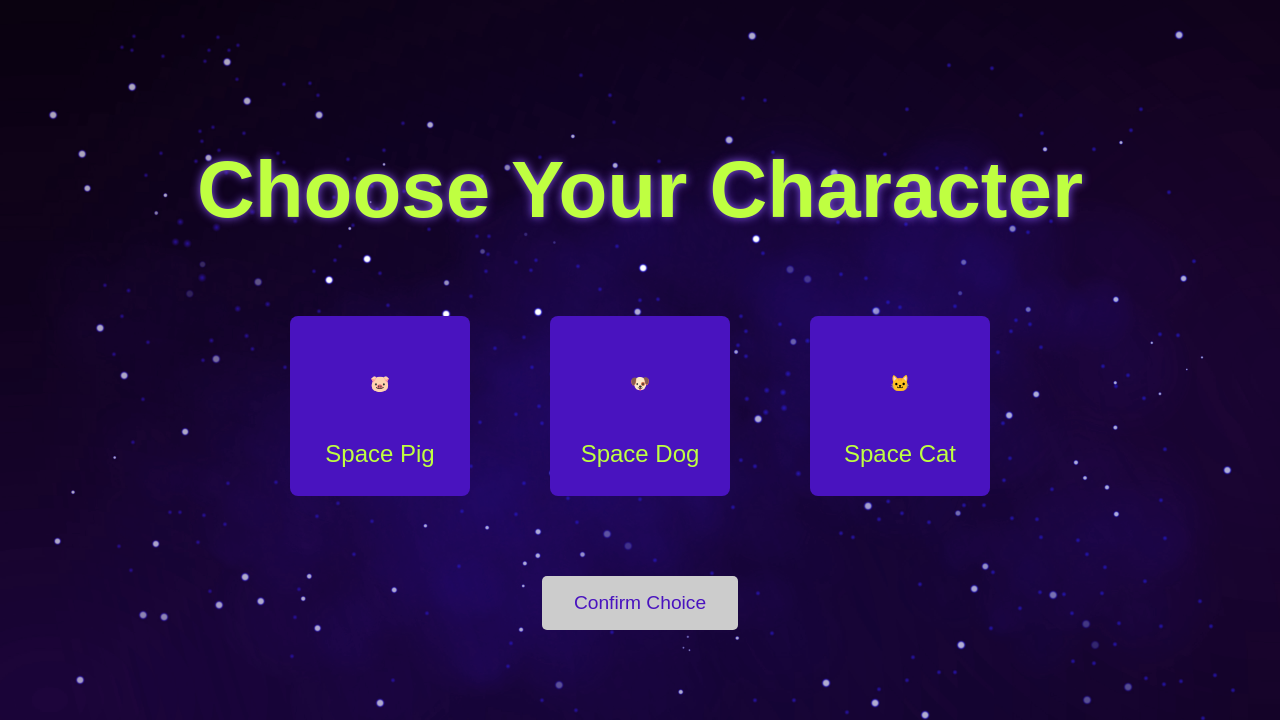
Repository: brunaguarizo/SpaceFarm
Page: index.html
An editor plug-in stored every save of this project. The page is shown before and after a run of saves, followed by the edit.
The browser window is 1280 px wide. The pictures show the whole page.
Some web fonts or font styles are not loaded; a fallback is used.

Above is the page before, as saved 2025-04-24 11:23:03.

After the next 2 saves:
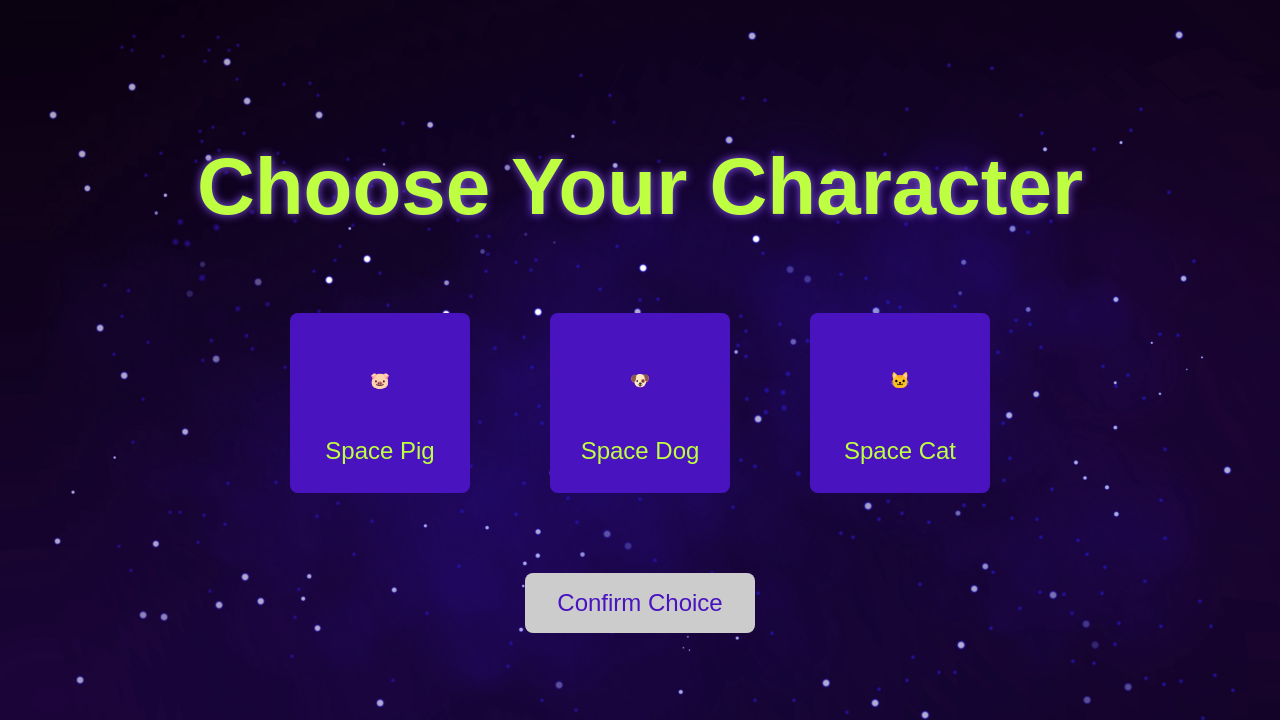
The 2 saves are shown as one change because they came seconds apart.
The last was saved 20 s later.
--- a/styles.css
+++ b/styles.css
@@ -84,8 +84,8 @@ body {
     background-color: var(--light-green);
     color: var(--dark-purple);
     border: none;
-    border-radius: 5px;
-    font-size: 1.2rem;
+    border-radius: var(--space-small);
+    font-size: var(--text);
     cursor: pointer;
     transition: background-color 0.3s;
 }
